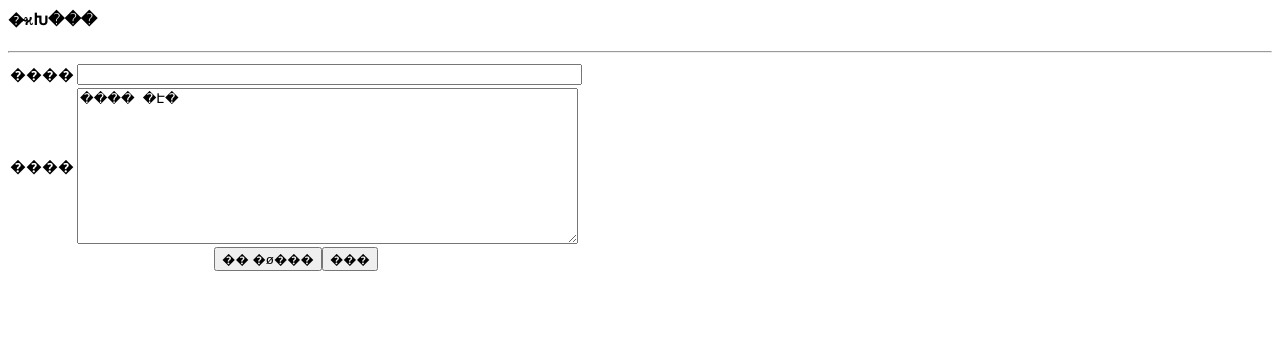
Repository: 2ujin/2018-PHP-afterschool
Page: http://localhost/CH06/ch06_05.php
The author's editor kept a copy of each file at every save. The page is drawn from the files as they stood at one save, then again after a run of saves.
The browser window is 1280 px wide. The pictures show the whole page.
The page is run by PHP 8.4 with error messages shown; the project is at /var/www/html/.

Above is the page before, as saved 2018-07-31 02:41:23.

### PHPStudy/CH06/ch06_05.php
<html>
<h4>미니게시판</h4><hr>
<form method = post action = 'ch06_06.php'>
<table  cellspacing="1" cellpaddding="4" >
<tr><td>제목</td><td><input type = text size = 60 name = "title"></input></td></tr>
<tr><td valign = "middle">내용</td><td><textarea name = "content" cols = "60" rows = "10">내용 입력</textarea></td></tr>
<tr><td align="center" colspan = "2"><input type = "submit" value = "글 올리기" id = "submit"><input type="submit" value = "취소" id = "cancel"></td></tr>
</table>
</form>
</html>

<?php

?>

After the next 2 saves:
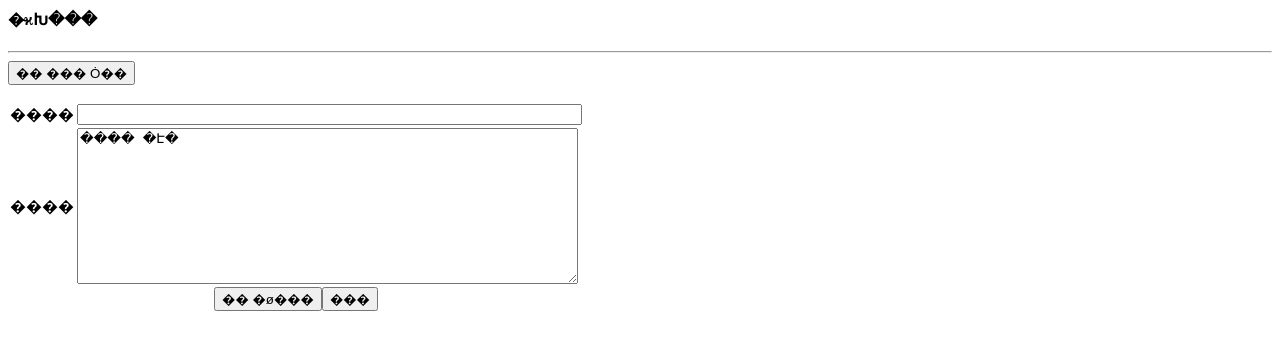
The 2 saves are shown as one change because they came seconds apart.
The last was saved 67 s later.
--- a/PHPStudy/CH06/ch06_05.php
+++ b/PHPStudy/CH06/ch06_05.php
@@ -1,5 +1,8 @@
 <html>
 <h4>미니게시판</h4><hr>
+<form action="ch06_06.php" method = "post">
+<input type = submit value = "글 목록 확인"></input>
+</form>
 <form method = post action = 'ch06_06.php'>
 <table  cellspacing="1" cellpaddding="4" >
 <tr><td>제목</td><td><input type = text size = 60 name = "title"></input></td></tr>
